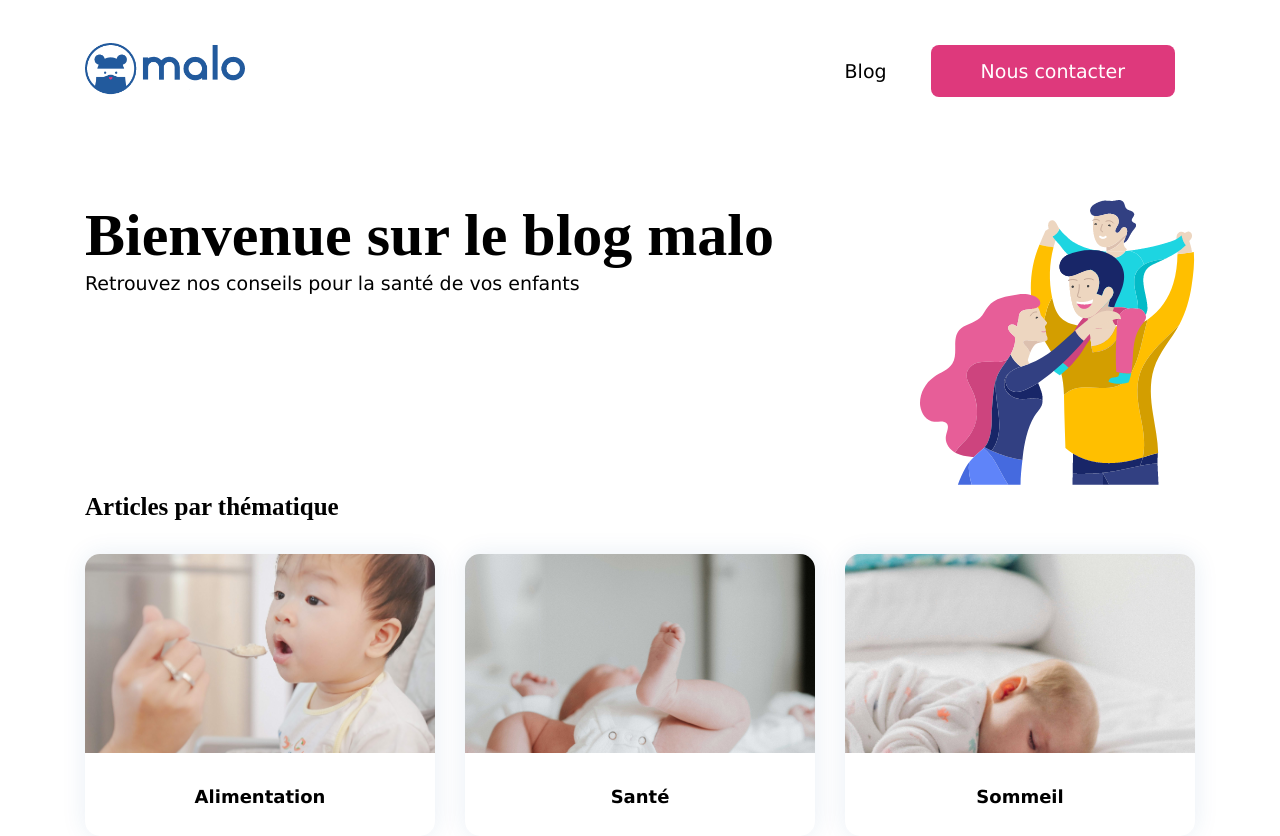
Repository: carbone-dev/keli-malo
Page: blog.html
These files come from the project's save history. The page is drawn as it stood at one moment and after the next save; the edit follows.
The browser window is 1280 px wide. The pictures show the whole page.

Above is the page before, as saved 2020-12-09 14:23:52.

After the next save:
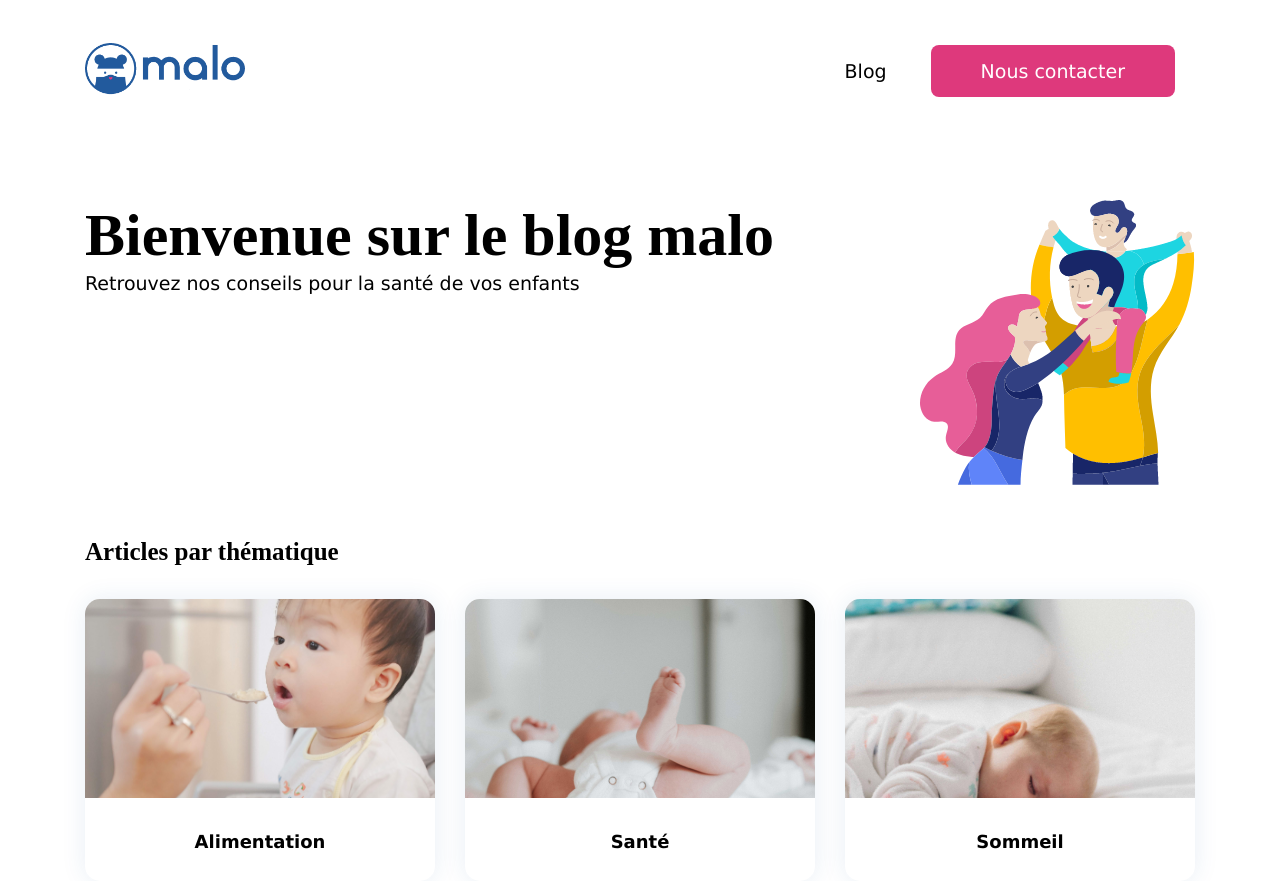
Saved 18 s later.
--- a/css/style.css
+++ b/css/style.css
@@ -8,6 +8,10 @@
 
 .top-section{
   margin-top: 100px;
+}
+
+.section{
+  margin-top: 45px;
 }
 
 #container {
